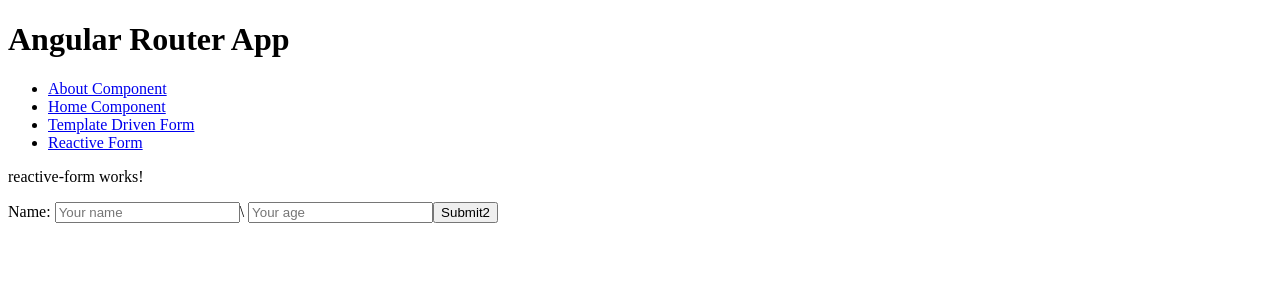
Repository: PhamTrungNguyen/Angular12
Page: /reactive (app in Angular/)
An editor plug-in stored every save of this project. The page is shown before and after the next save, followed by the edit.
The browser window is 1280 px wide. The pictures show the whole page.
The project was rebuilt for these pictures with package versions that can differ from the ones it lists, and the page was loaded fresh each time. Also part of the build but not shown: Angular/angular.json, Angular/src/app/template-driven-form/template-driven-form.component.ts, Angular/src/app/home/home.component.ts, Angular/src/app/about/about.component.ts, Angular/src/app/page-not-found/page-not-found.component.ts.

Above is the page before, as saved 2023-01-04 19:13:07.

After the next save:
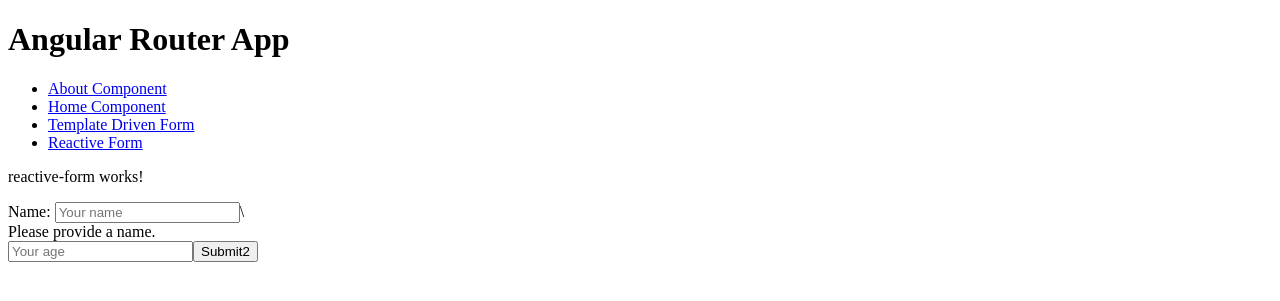
Saved 48 s later.
--- a/Angular/src/app/reactive-form/reactive-form.component.html
+++ b/Angular/src/app/reactive-form/reactive-form.component.html
@@ -3,7 +3,7 @@
 <form action="" [formGroup]="formData">
     Name:
     <input type="text" formControlName="name" placeholder="Your name" />\
-    <div *ngIf="formData.get('name').invalid && (formData.get('name').dirty || formData.get('name').touched)">
+    <div *ngIf="formData.get('name').invalid ">
         Please provide a name.
     </div><!--  -->
     <input type="text" formControlName="age" placeholder="Your age" />
